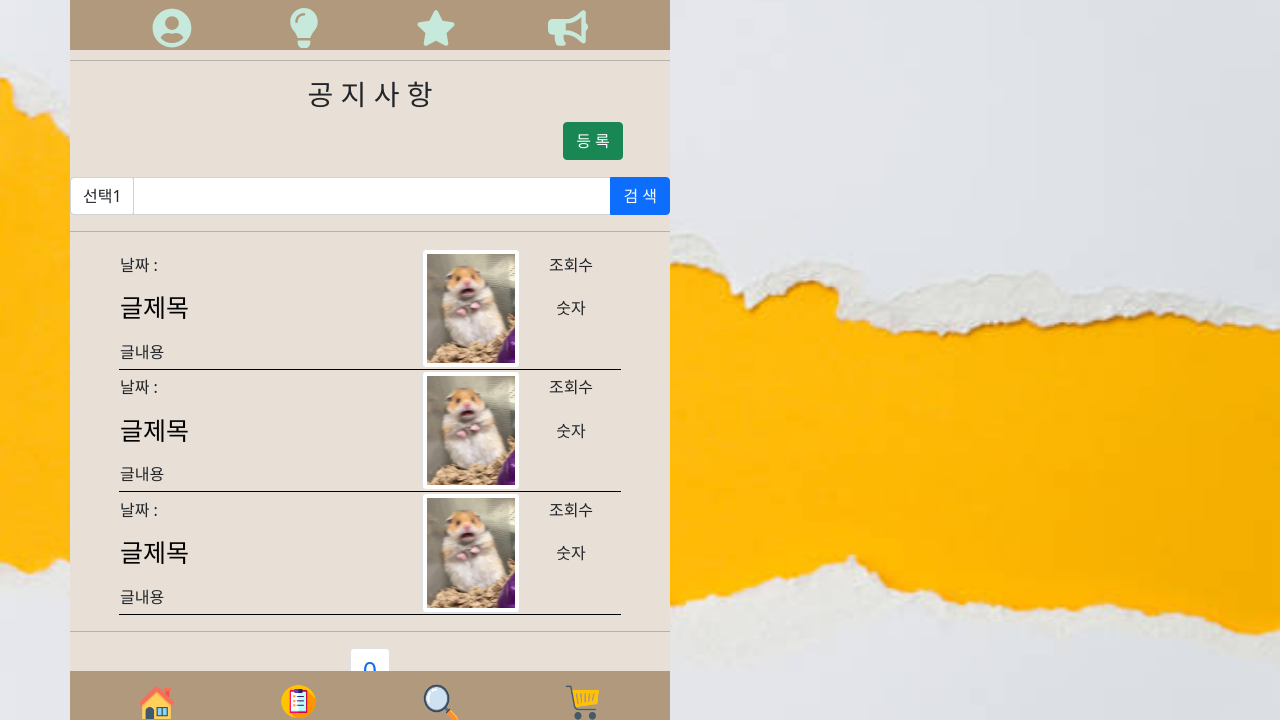
Repository: heegyu97/project
Page: http://localhost/0801_mvc2/WEB-INF/views/notice/notice.jsp
The author's editor kept a copy of each file at every save. The page is drawn from the files as they stood at one save, then again after the next save.
The browser window is 1280 px wide. The pictures show the whole page.
An inner scrolling area shows only its first screen. Some web libraries are served in a nearby version. The page is served by Tomcat 9. Nobody is signed in. Other server files are loaded and not shown. The template is opened directly, without the code that normally fills it, so the values that code supplies are empty.

Above is the page before, as saved 2022-08-11 06:04:20.

### 0720/0801_mvc2/src/main/webapp/WEB-INF/views/notice/notice.jsp
<%@ page language="java" contentType="text/html; charset=UTF-8"
    pageEncoding="UTF-8"%>
<%@ taglib uri="http://java.sun.com/jsp/jstl/core" prefix="c"%>
<!DOCTYPE html>
<html>
	<head>
		<meta charset="UTF-8">
		<title>냥냥라이프</title>
		<%@ include  file ="/WEB-INF/views/style_link.jsp" %>
		<style type="text/css">
		table{
			margin-left: auto;
			margin-right: auto;
			table-layout: fixed;
		}
		div.pname{
			width: 300px;
			white-space: nowrap;
		 	overflow: hidden;
 			text-overflow: ellipsis;
		}
		a{
			text-decoration : none;
			color: black;
			font-size: 25px;
		}

		</style>
	</head>
	<body>
	<%@ include file="/WEB-INF/views/header.jsp"%>


	<hr>

		<table>
			<col class="w-25">


			<tbody >
				<tr>
					<td>
						<h3 style="text-align: center;">공 지 사 항</h3>
					</td>
				</tr>


				<tr>
					<td>
						<a href="${pageContext.request.contextPath}/tip/tipwriteform">
							<button  class="btn btn-success float-right mb-3">등 록</button>
						</a>
					</td>

				</tr>
			</tbody>
		</table>


		<form action="${pageContext.request.contextPath}/product/list" method="get">
			<div class="input-group">
				<div class="input-group-prepend">
					<select class="form-control" id="searchOption" name="searchOption">
						<option value="prdt_name"
							<c:if test="${search_dto.searchOption == 'prdt_name'}">selected="selected"</c:if>
						> 선택1 </option>
						<option value="mid"
							<c:if test="${search_dto.searchOption == 'mid'}">selected="selected"</c:if>
						> 선택2 </option>
					</select>
				</div>
				<input type="text" class="form-control" id="searchWord" name="searchWord"
						value="${search_dto.searchWord}">
				<div class="input-group-append">
					<button type="submit" class="btn btn-primary"> 검 색 </button>
				</div>
			</div>
		</form>


		<hr>


		<table>

			<tbody>
					<c:forEach  begin="1" end="3">
						<tr>
							<td width="300px" >날짜 :  </td>
							<td width="100px" rowspan="3">
								<a href="${pageContext.request.contextPath}/guest/detail">
								<img src="${pageContext.request.contextPath}/resources/img/bg.jpeg" class="img-thumbnail ">
								</a>
							</td>
							<td width="100px" style="text-align: center">조회수</td>
						</tr>
						<tr>

							<td width="300px">
								<div class="pname">
								<a href="${pageContext.request.contextPath}/tip/tipdetail?tip_no=${dto.tip_no}">
									글제목
								</a>
								</div>
							</td>
							<td style="text-align: center">숫자</td>
						</tr>
						<tr style="border-bottom: 1px solid black"><td width="300px" >글내용</td></tr>
					</c:forEach>

			</tbody>
		</table>

		<hr>
		<%-- 페이징 --%>
		<ul class="pagination">
			<c:if test="${startPageNum > 10}">
				<li class="page-item mx-auto">
					<a class="page-link"
						href="${pageContext.request.contextPath}/product/list?userWantPage=${startPageNum-1}&searchOption=${search_dto.searchOption}&searchWord=${search_dto.searchWord}">
						Previous
					</a>
				</li>
			</c:if>
			<c:forEach var="page_no" begin="${startPageNum}" end="${endPageNum}">
				<c:choose>
					<c:when test="${page_no == userWantPage}">
						<li class="page-item active mx-auto">
							<a class="page-link">${page_no}</a>
						</li>
					</c:when>
					<c:otherwise>
						<li class="page-item mx-auto">
							<a class="page-link"
								href="${pageContext.request.contextPath}/product/list?userWantPage=${page_no}&searchOption=${search_dto.searchOption}&searchWord=${search_dto.searchWord}">
								${page_no}
							</a>
						</li>
					</c:otherwise>
				</c:choose>
			</c:forEach>
			<c:if test="${lastPageNum > endPageNum}">
				<li class="page-item mx-auto">
					<a class="page-link"
						href="${pageContext.request.contextPath}/product/list?userWantPage=${endPageNum+1}&searchOption=${search_dto.searchOption}&searchWord=${search_dto.searchWord}">
						Next
					</a>
				</li>
			</c:if>
		</ul>
		<hr>

		<%@ include file="/WEB-INF/views/footer.jsp"%>
	</body>
</html>

### 0720/0801_mvc2/src/main/webapp/WEB-INF/views/style_link.jsp
<%@ page language="java" contentType="text/html; charset=UTF-8"
    pageEncoding="UTF-8"%>
<%@ taglib uri="http://java.sun.com/jsp/jstl/core" prefix="c" %>

<script
	src="https://ajax.googleapis.com/ajax/libs/jquery/3.6.0/jquery.min.js"></script>
<link rel="stylesheet"
	href="https://cdn.jsdelivr.net/npm/bootstrap@4.6.1/dist/css/bootstrap.min.css">
<script
	src="https://cdn.jsdelivr.net/npm/popper.js@1.16.1/dist/umd/popper.min.js"></script>
<script
	src="https://cdn.jsdelivr.net/npm/bootstrap@4.6.1/dist/js/bootstrap.bundle.min.js"></script>

<!-- CKEDITOR -->
<script src="//cdn.ckeditor.com/4.19.0/full/ckeditor.js"></script>

<!-- bootstrap to icon -->
<script defer
	src="https://use.fontawesome.com/releases/v5.0.8/js/solid.js"
	integrity="sha384-+Ga2s7YBbhOD6nie0DzrZpJes+b2K1xkpKxTFFcx59QmVPaSA8c7pycsNaFwUK6l"
	crossorigin="anonymous"></script>
<script defer
	src="https://use.fontawesome.com/releases/v5.0.8/js/fontawesome.js"
	integrity="sha384-7ox8Q2yzO/uWircfojVuCQOZl+ZZBg2D2J5nkpLqzH1HY0C1dHlTKIbpRz/LG23c"
	crossorigin="anonymous"></script>
<link
	href="https://cdn.jsdelivr.net/npm/bootstrap@5.0.2/dist/css/bootstrap.min.css"
	rel="stylesheet"
	integrity="sha384-EVSTQN3/azprG1Anm3QDgpJLIm9Nao0Yz1ztcQTwFspd3yD65VohhpuuCOmLASjC"
	crossorigin="anonymous">
<!-- main 기준 공용 -->
<link rel="stylesheet"
	href= "${pageContext.request.contextPath}/resources/E1I3/CSS/style_share.css">
<!-- nav 버튼 사이 거리 조정 -->
<link rel="stylesheet"
	href="${pageContext.request.contextPath}/resources/E1I3/CSS/style_hf.css">

### 0720/0801_mvc2/src/main/webapp/WEB-INF/views/header.jsp
<%@ page language="java" contentType="text/html; charset=UTF-8"
	pageEncoding="UTF-8"%>
<%@ taglib uri="http://java.sun.com/jsp/jstl/core" prefix="c"%>
<div class="container">
	<div class="row">
		<div id="aaa" class="col-lg-6 ">
			<iframe id="bbb" name="adver-frame"
				src="${pageContext.request.contextPath}/adver"></iframe>
		</div>


		<!-- 화면 나누기 :home 화면 오른쪽 : iframe to main -->
		<div id="ccc" class="col-lg-6">
			<!-- footer col6 -->
			<div class="nav">
				<!-- MENU -->
				<section class="servics">
					<div class="icons">
						<div class="child icon1">
							<a class="nav-link" href="${pageContext.request.contextPath}/home">
								<i class="fa fa-user-circle" style="width:40px; height:40px; color: #C6E9DC" ></i>
							</a>
						</div>

						<div class="child icon2">
							<a class="nav-link" href="${pageContext.request.contextPath}/tip/tip">
								<i class="fa fa-lightbulb" style="width:40px; height:40px; color: #C6E9DC" ></i>
							</a>
						</div>
						<div class="child icon3">
							<a class="nav-link" href="${pageContext.request.contextPath}/ddd">
								<i class="fa fa-star" style="width:40px; height:40px; color: #C6E9DC" ></i>
							</a>
						</div>
						<div class="child icon4">
							<a class="nav-link"
								href="${pageContext.request.contextPath}/home"> <i
								class="fa fa-bullhorn" style="width:40px; height:40px; color: #C6E9DC" ></i>
							</a>
						</div>
					</div>
				</section>

			</div>
			<main>
				<!-- 여백 -->
				<h3 style="margin-bottom: 60px"></h3>

### 0720/0801_mvc2/src/main/webapp/WEB-INF/views/footer.jsp
<%@ page language="java" contentType="text/html; charset=UTF-8"
	pageEncoding="UTF-8"%>
	<h3 style="margin-top: 120px"></h3>
</main>
<div class="nav" style="bottom: -1px;">
	<!-- MENU -->
	<section class="servics">
		<div class="icons">
			<c:choose>
				<c:when test="${login_info.m_type eq 'manager'}">
					<div class="child icon4">
						<!-- 경로만 변경 - 판매자 home/main -->
						<a class="nav-link" href="${pageContext.request.contextPath}/manager/managerMain">
							<img src = "${pageContext.request.contextPath}/resources/img/i_cart.png" style="width:50px; height:50px;" >
						</a>
					</div>
				</c:when>

				<c:when test="${login_info.m_type eq 'seller' }">
					<div class="child icon4">
						<!-- 경로만 변경 - 판매자 home/main -->
						<a class="nav-link" href="${pageContext.request.contextPath}/seller/sellerMain">
							<img src = "${pageContext.request.contextPath}/resources/img/i_cart.png" style="width:50px; height:50px;" >
						</a>
					</div>
				</c:when>
				<c:otherwise>
					<div class="child icon1">
							<a class="nav-link" href="${pageContext.request.contextPath}/home">
								<img src = "${pageContext.request.contextPath}/resources/img/i_home.png" style="width:50px; height:50px;" >
							</a>
						</div>
						<div class="child icon2">
							<a class="nav-link" href="${pageContext.request.contextPath}/guest/KategorieList">
								<img src = "${pageContext.request.contextPath}/resources/img/i_list.png" style="width:50px; height:50px;" >
							</a>
						</div>
						<div class="child icon3">
							<a class="nav-link" href="${pageContext.request.contextPath}/guest/productList">
								<img src = "${pageContext.request.contextPath}/resources/img/i_search.png" style="width:50px; height:50px;" >
							</a>
						</div>
						<div class="child icon4">
						<c:choose>
							<c:when test="${login_info.m_type eq 'guest'}">
							<a class="nav-link" href="${pageContext.request.contextPath}/basket/basketlist">
							</c:when>
							<c:otherwise>
							<a class="nav-link" href="${pageContext.request.contextPath}/home">
							</c:otherwise>
						</c:choose>
								<img src = "${pageContext.request.contextPath}/resources/img/i_cart.png" style="width:50px; height:50px;" >
							</a>
						</div>
				</c:otherwise>
			</c:choose>
		</div>
	</section>

</div>
</div>
<!-- col6 -->
</div>
<!-- row  -->
</div>
<!-- contain  -->

### 0720/0801_mvc2/src/main/webapp/resources/E1I3/CSS/style_share.css
@charset "UTF-8";

.servics{
   width: 100%;
   text-align: center;
}
.icons{
	display: flex;
	justify-content: center;
}
.child{
	text-align: center;
}

body{
 	background-image: url('http://localhost:8081/ictedu/resources/img/back.jpg');
	background-repeat: no-repeat;
 	background-position: center;
	background-size: cover;
}

main{
	width : 600px;
}

.nav{
		display : inline-block;
		width : 600px;
		height : 50px;
		z-index: 2;
		background-color: #B1997D;
		position: fixed;
}



#adver-frame {width : 100%;height : 100%}
	@media only screen and (max-width : 1400px ){
	#aaa{
		display: none;
	}

}


#ccc{
	display : inline-block;
  	height: 100vh;
  	background-color : #E8E0D6;
}

::-webkit-scrollbar {
	display: none;
}


#bbb,#ccc {

  	padding: 0px;
  	margin: 0px;
 	overflow: auto;
	width: 600px;
	min-width: 600px;
}
#bbb {
	list-style-type: none;
  	height: 100%;
 	position: fixed;
}

### 0720/0801_mvc2/src/main/webapp/resources/E1I3/CSS/style_hf.css
@charset "UTF-8";

.icon1, .icon2, .icon3{
	margin-right: 10%;
}

After the next save:
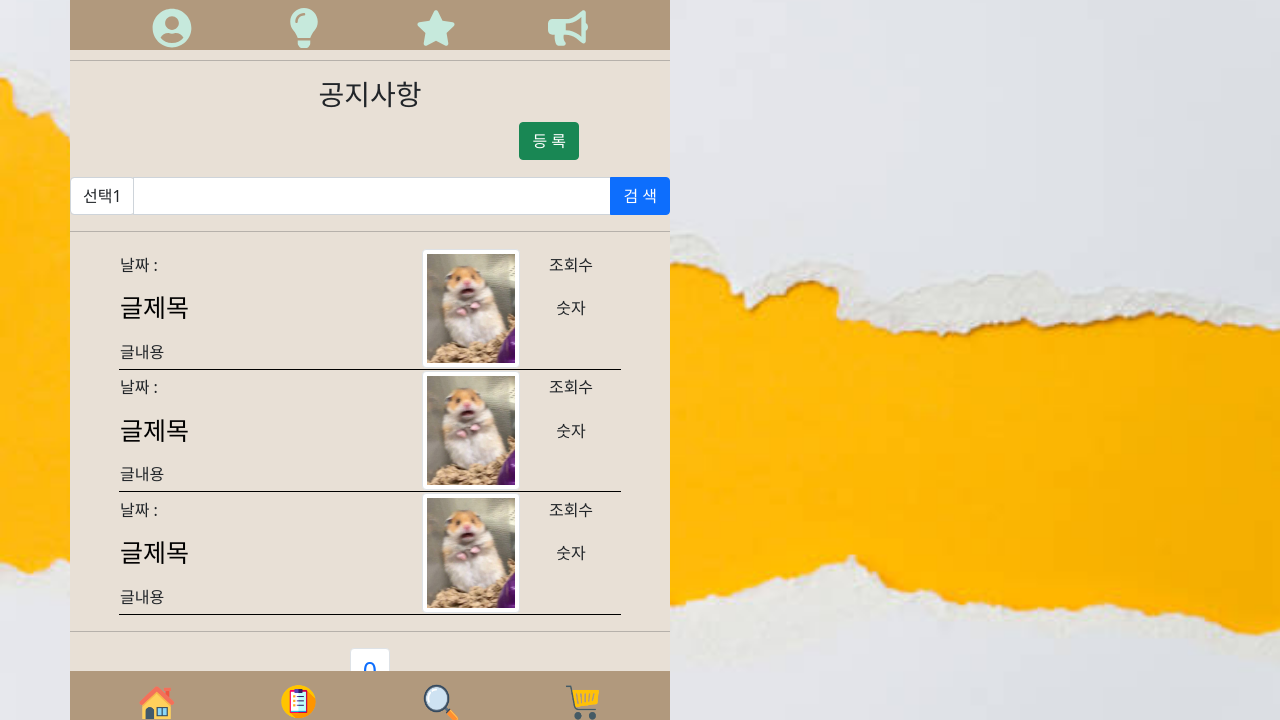
Saved 47 s later.
--- a/0720/0801_mvc2/src/main/webapp/WEB-INF/views/notice/notice.jsp
+++ b/0720/0801_mvc2/src/main/webapp/WEB-INF/views/notice/notice.jsp
@@ -40,11 +40,9 @@
 			<tbody >
 				<tr>
 					<td>
-						<h3 style="text-align: center;">공 지 사 항</h3>
+						<h3 style="text-align: center;"> 공지사항 </h3>
 					</td>
 				</tr>
-
-
 				<tr>
 					<td>
 						<a href="${pageContext.request.contextPath}/tip/tipwriteform">
